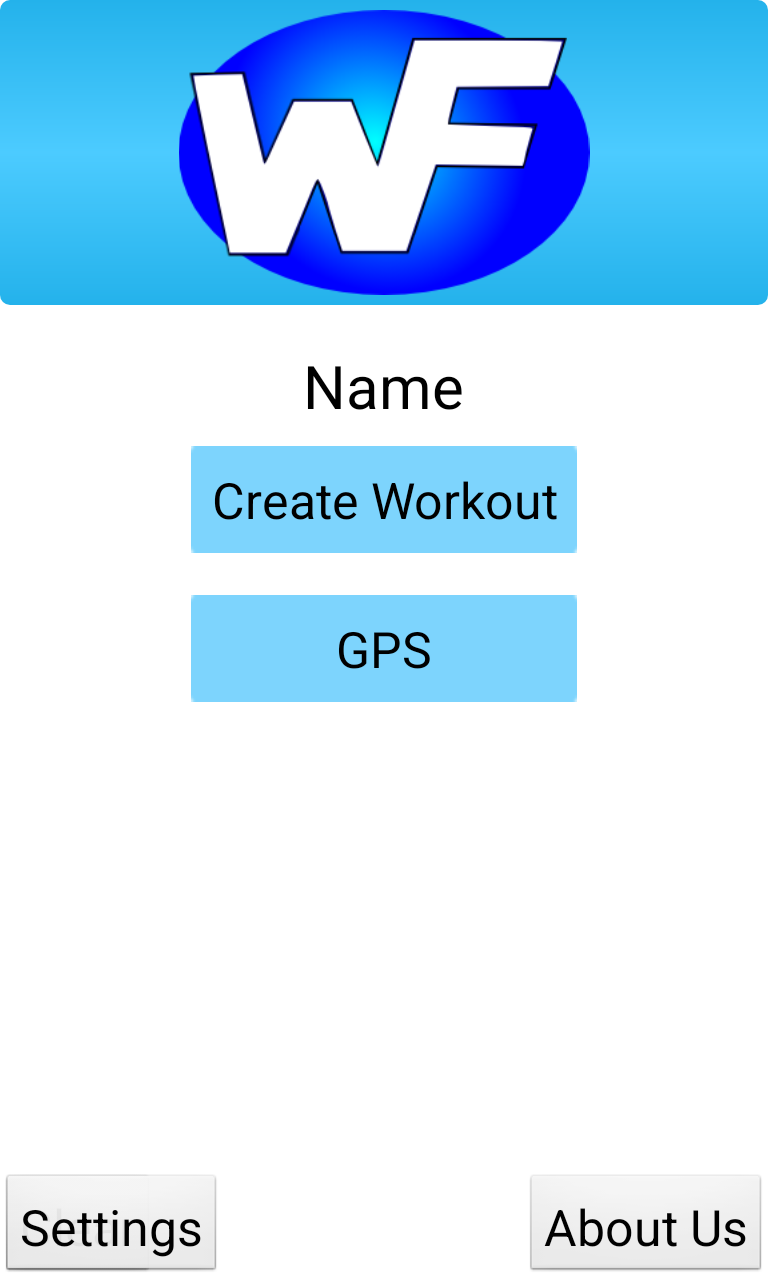
Repository: jwisch91/CS390-Project
Layout: workspace/testing/res/layout/main_menu.xml
The author's editor kept a copy of each file at every save. The layout is drawn from the files as they stood at one save, then again after the next save.
It is drawn on a 768 x 1280 px phone screen (xhdpi) without system bars, with theme android:Theme.Light; the app's code is not run.

Above is the layout before, as saved 2013-04-12 03:28:20.

After the next save:
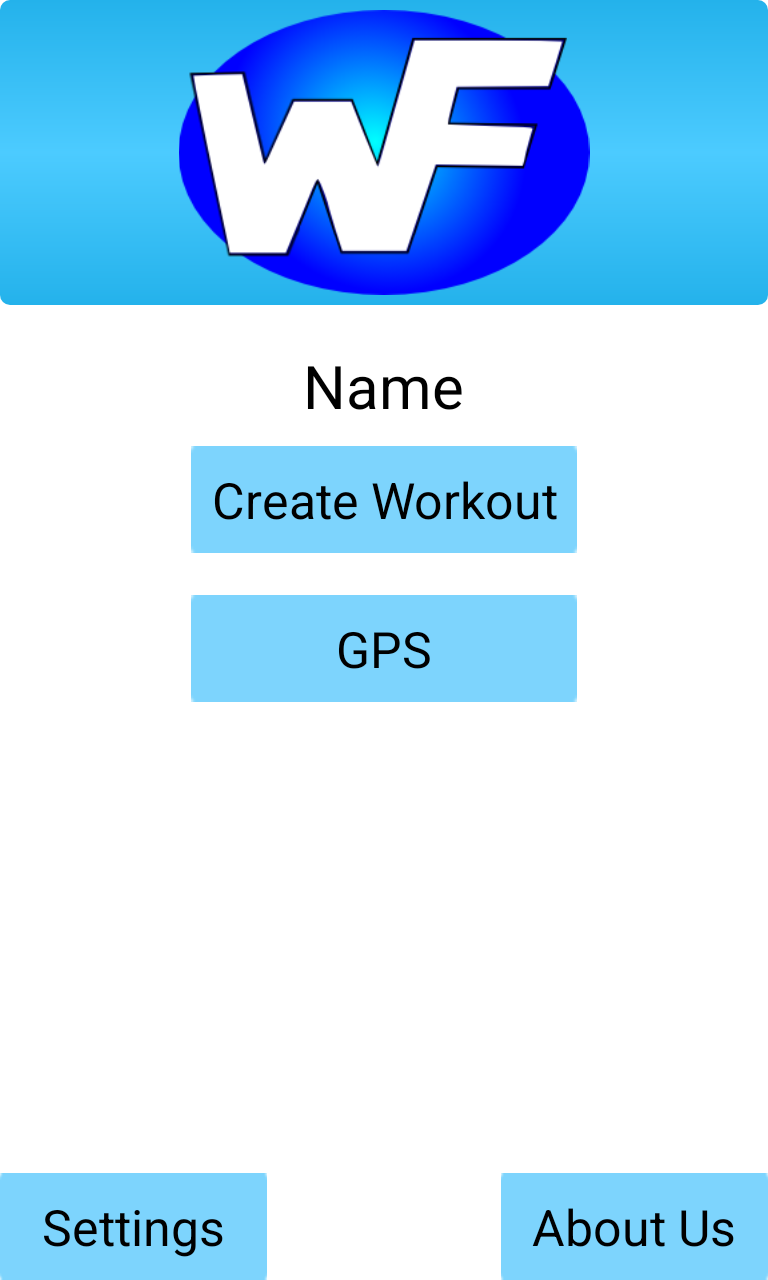
Saved 88 s later.
--- a/workspace/testing/res/layout/main_menu.xml
+++ b/workspace/testing/res/layout/main_menu.xml
@@ -51,19 +51,11 @@
         android:layout_height="wrap_content"
         android:layout_alignParentBottom="true"
         android:layout_alignParentRight="true"
+        android:background="@drawable/blue"
         android:padding="10dip"
         android:text="About Us"
         android:textSize="25dip" />
 
-    <Button
-        android:id="@+id/Clear"
-        android:layout_width="wrap_content"
-        android:layout_height="wrap_content"
-        android:layout_alignParentBottom="true"
-        android:layout_gravity="center"
-        android:padding="10dip"
-        android:text="Clear"
-        android:textSize="25dip" />
 
     <Button
         android:id="@+id/Settings"
@@ -71,6 +63,7 @@
         android:layout_height="wrap_content"
         android:layout_alignParentBottom="true"
         android:layout_alignParentLeft="true"
+        android:background="@drawable/blue"
         android:padding="10dip"
         android:text="Settings"
         android:textSize="25dip" />
